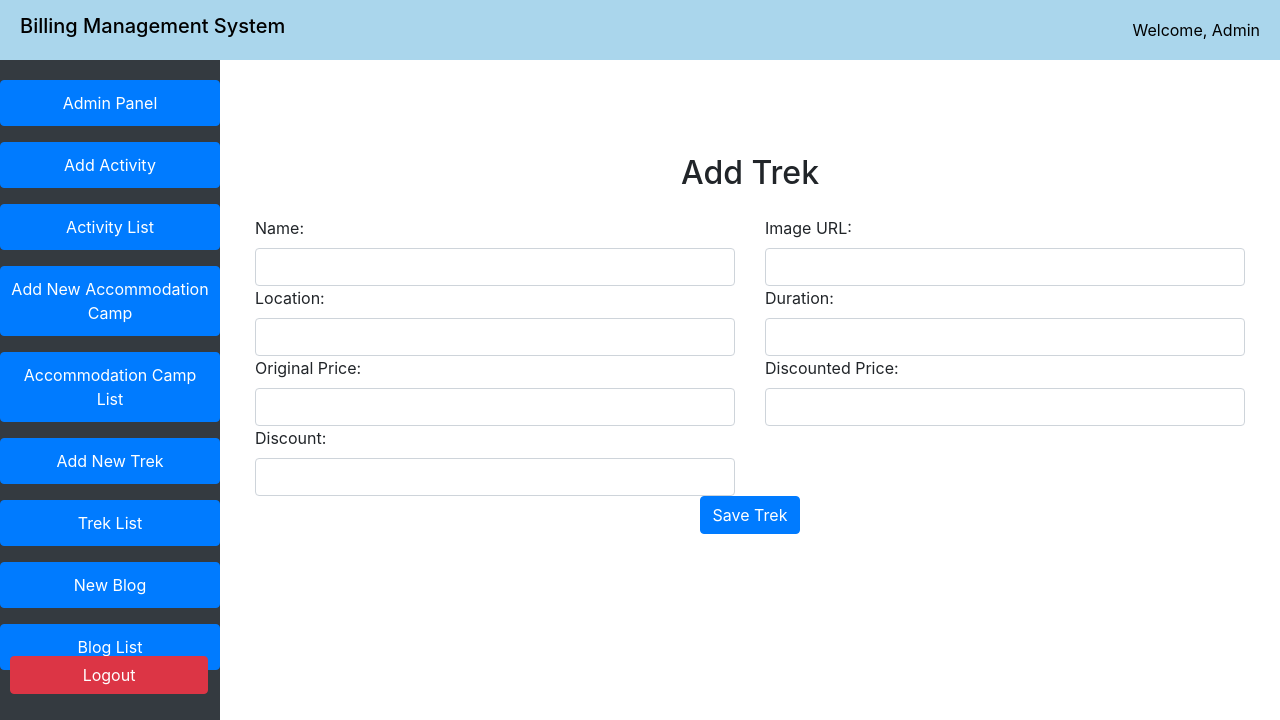
Repository: ruturajsurwase/Thymleaf-Projects
Page: http://localhost/trek-form
An editor plug-in stored every save of this project. The page is shown before and after the next save, followed by the edit.
The browser window is 1280 px wide. The pictures show the whole page.
The page is this project's Thymeleaf template; nobody is signed in. The template is opened directly, without the code that normally fills it, so the values that code supplies are empty.

Above is the page before, as saved 2024-12-16 08:41:42.

After the next save:
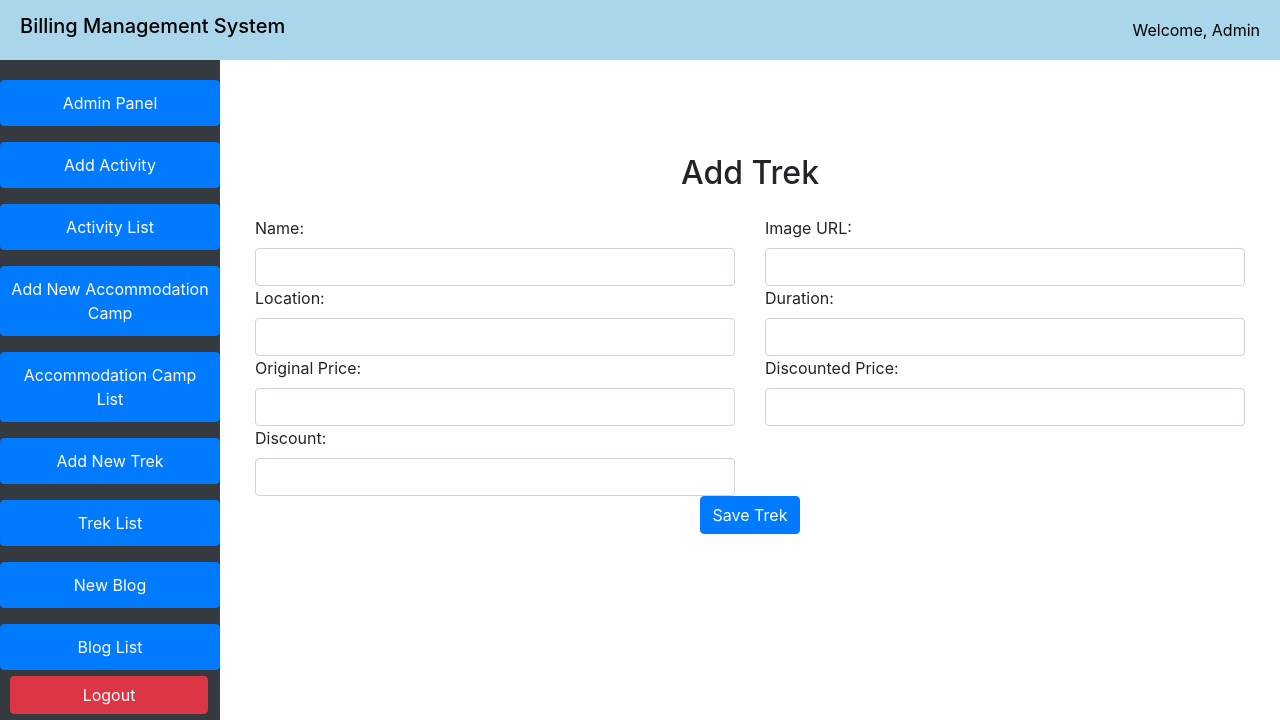
Saved 6 s later.
--- a/WEEKENDFEELS/src/main/resources/templates/trek-form.html
+++ b/WEEKENDFEELS/src/main/resources/templates/trek-form.html
@@ -60,7 +60,7 @@
 
 .logout-btn {
 	position: absolute;
-	bottom: 70px;
+	bottom: 50px;
 	width: 90%;
 	left: 10px;
 }
